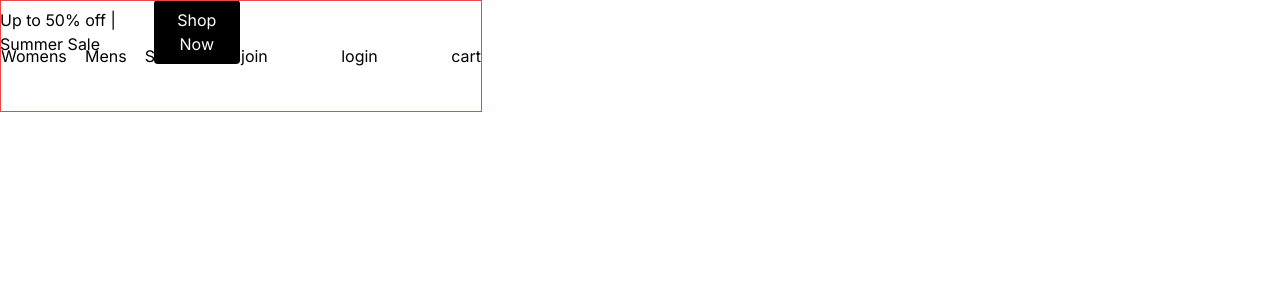
Repository: harrywebb21/stil-clothing
Page: /
An editor plug-in stored every save of this project. The page is shown before and after the next save, followed by the edit.
The browser window is 1280 px wide. The pictures show the whole page.
The project was rebuilt for these pictures with package versions that can differ from the ones it lists, and the page was loaded fresh each time. The framework's server and built-in components were replaced by stand-ins that run in the browser. Also part of the build but not shown: next.config.js.

Above is the page before, as saved 2023-06-08 15:52:23.

After the next save:
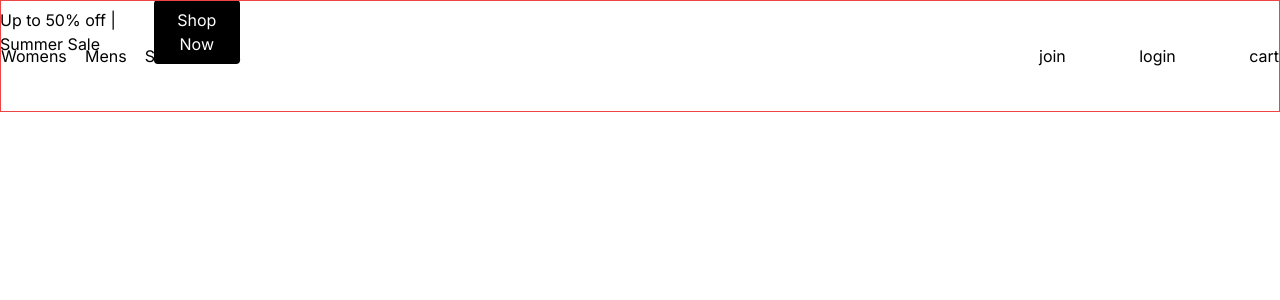
Saved 37 s later.
--- a/src/app/components/Navbar.js
+++ b/src/app/components/Navbar.js
@@ -1,6 +1,6 @@
 export default function Navbar() {
   return (
-    <div className=" border border-red-500 h-28 flex justify-between items-center fixed">
+    <div className=" border border-red-500 h-28 flex justify-between items-center fixed w-screen">
       <ul className=" flex justify-between w-60">
         <li>
           <a href="/womens">Womens</a>
